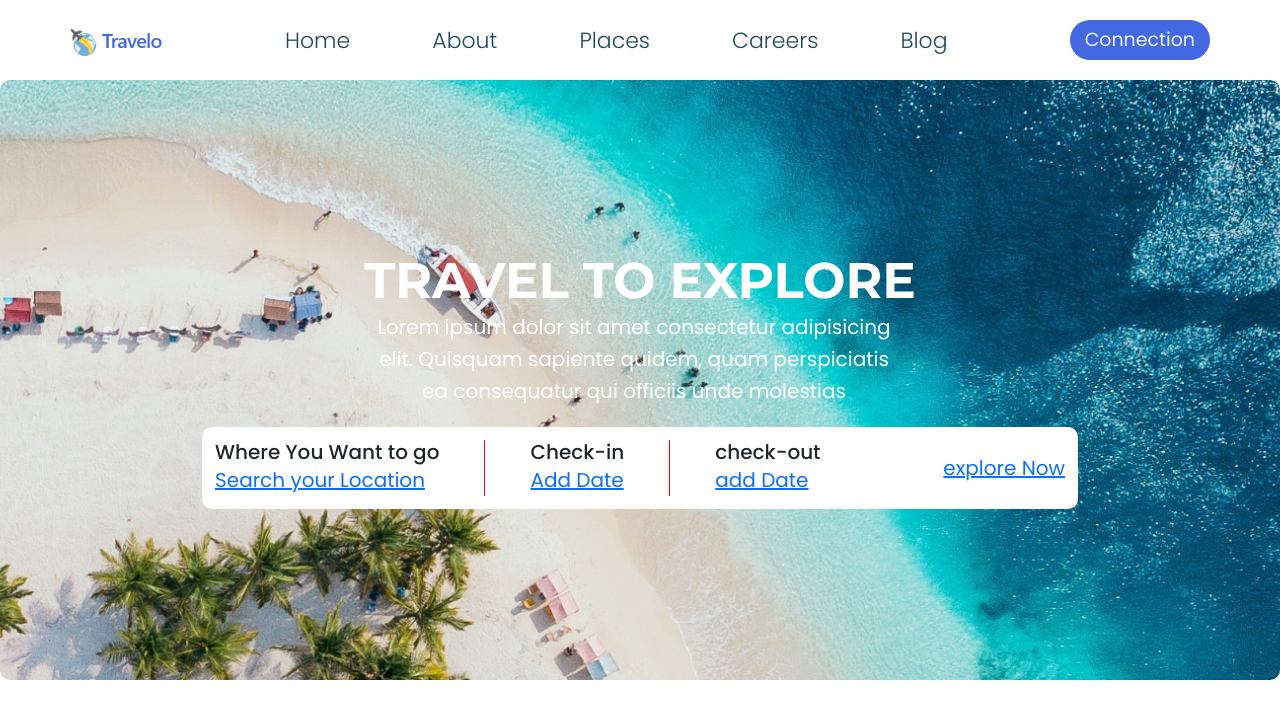
Repository: kuluong2000/travel
Page: index.html
These files come from the project's save history. The page is drawn as it stood at one moment and after the next save; the edit follows.
The browser window is 1280 px wide. The pictures show the whole page.
The style sheet was rebuilt from its Sass, Less or Tailwind sources for each picture, by a compiler version that may differ from the author's.

Above is the page before, as saved 2021-09-03 23:36:31.

### index.html
<!DOCTYPE html>
<html lang="en">
  <head>
    <meta charset="UTF-8" />
    <meta http-equiv="X-UA-Compatible" content="IE=edge" />
    <meta name="viewport" content="width=device-width, initial-scale=1.0" />
    <link rel="stylesheet" href="./libs/css/bootstrap.min.css" />
    <link rel="stylesheet" href="./libs/css/animate.css" />
    <link rel="stylesheet" href="./libs/css/slick-theme.css" />
    <link rel="stylesheet" href="./libs/css/slick.css" />
    <link rel="stylesheet" href="./assets/css/reset.css" />
    <link rel="stylesheet" href="./assets/css/style.css" />
    <link rel="stylesheet" href="./assets/css/responsive.css" />
    <title>Document</title>
  </head>
  <body>
    <header class="header">
      <div class="container">
        <div class="row">
          <div class="header__main">
            <div class="header__logo">
              <a href="/">
                <img src="./assets/image/logo.png" alt="" srcset="" />
              </a>
            </div>
            <div class="sub-menu">
              <div class="line1"></div>
              <div class="line2"></div>
              <div class="line3"></div>
            </div>
            <nav>
              <ul class="header__menu">
                <li class="header__menu__item">
                  <a class="header__mennu__item__link" href="/">Home</a>
                </li>
                <li class="header__menu__item">
                  <a class="header__mennu__item__link" href="/">About</a>
                </li>
                <li class="header__menu__item">
                  <a class="header__mennu__item__link" href="/">Places</a>
                </li>
                <li class="header__menu__item">
                  <a class="header__mennu__item__link" href="/">Careers</a>
                </li>
                <li class="header__menu__item">
                  <a class="header__mennu__item__link" href="/">Blog</a>
                </li>
              </ul>
            </nav>
            <a href="#" class="header__conn"> Connection </a>
          </div>
        </div>
      </div>
    </header>
    <main>
      <section class="banner">
        <div class="container">
          <div class="row">
            <div class="banner__main">
              <div class="banner__main__top">
                <h1 class="banner__main__title">Travel To explore</h1>
                <p class="banner__main__desc">
                  Lorem ipsum dolor sit amet consectetur adipisicing elit.
                  Quisquam sapiente quidem, quam perspiciatis ea consequatur qui
                  officiis unde molestias
                </p>
              </div>
              <div class="banner__main__bottom">
                <div class="banner__main_list">
                  <div class="banner__main__item">
                    <h4 class="banner__main__item__caption">
                      Where You Want to go
                    </h4>
                    <a href="/" class="banner__main__item__desc"
                      >Search your Location</a
                    >
                  </div>
                  <div class="banner__main__item">
                    <h4 class="banner__main__item__caption">Check-in</h4>
                    <a href="/" class="banner__main__item__desc">Add Date</a>
                  </div>
                  <div class="banner__main__item">
                    <h4 class="banner__main__item__caption">check-out</h4>
                    <a href="/" class="banner__main__item__desc">add Date</a>
                  </div>
                </div>
                <a href="/" class="banner__btn"> explore Now</a>
              </div>
            </div>
          </div>
        </div>
      </section>
    </main>

    <script src="./libs/Js/jquery-3.5.1.slim.min.js"></script>
    <script src="./libs/Js/bootstrap.min.js"></script>
    <script src="./libs/Js/slick.min.js"></script>
    <script src="./libs/Js/wow.js"></script>
    <script src="./assets/Js/main.js"></script>
  </body>
</html>

### assets/css/reset.css
html, body, div, span, applet, object, iframe,
h1, h2, h3, h4, h5, h6, p, blockquote, pre,
a, abbr, acronym, address, big, cite, code,
del, dfn, em, img, ins, kbd, q, s, samp,
small, strike, strong, sub, sup, tt, var,
b, u, i, center,
dl, dt, dd, ol, ul, li,
fieldset, form, label, legend,
table, caption, tbody, tfoot, thead, tr, th, td,
article, aside, canvas, details, embed,
figure, figcaption, footer, header, hgroup,
menu, nav, output, ruby, section, summary,
time, mark, audio, video {
	margin: 0;
	padding: 0;
	border: 0;
	font-size: 100%;
	vertical-align: baseline;
}
/* HTML5 display-role reset for older browsers */
article, aside, details, figcaption, figure,
footer, header, hgroup, menu, nav, section {
	display: block;
}
* {
	box-sizing: border-box;
}
body {
	line-height: 1;
  font-family: 'Muli', sans-serif;


  font-style: normal;
  font-weight: normal;
  font-size: 16px;
  line-height: 32px;
}
ol, ul {
	list-style: none;
}
blockquote, q {
	quotes: none;
}
blockquote:before, blockquote:after,
q:before, q:after {
	content: '';
	content: none;
}
table {
	border-collapse: collapse;
	border-spacing: 0;
}

img {
  max-width: 100%;
	vertical-align: bottom;
}
a {
	outline: none;
}

### assets/css/responsive.css

@media (min-width:1920px){
    .container{
        max-width: 1804px;
    }
}
@media (min-width:1400px) and (max-width:1919px){

}
@media (min-width:1200px) and (max-width:1399px){

}
@media (min-width:992px) and (max-width:1199px){
    .header__menu__item:not(:first-child) {
        margin-left: 65px;
    }
}
@media (min-width:768px) and (max-width:991px){
    .header__menu__item:not(:first-child) {
        margin-left: 25px;
    }
    .header__conn {

        font-size: 16px;
        padding: 3px 10px;
    }
}
@media  (max-width:767px){
    .container{
        max-width: 100%;

        margin:0 ;
    }

    .header__main {
        padding: 10px;
    }
    .header__menu {
        position: absolute;
        flex-direction: column;
        background: #1C4961;
        width: 100%;
        height: 100vh;
        left: 0;
        top: 50px;
        transition: 0.5s ;
        transform: translateX(-100%);
        justify-content: unset;
    }
    .header__menu.active{
        transform: translateX(0);
    }
    .header__mennu__item__link {
        color: white;;
    }
    .sub-menu{
        display: block;
        left: 60%;
        top: 50%;
        transform: translate(-50%,-50%);
    }
    .header__menu__item:not(:first-child) {
        margin-left: 0;
    }
    .header__menu__item{
        margin-top: 30px;
    }
    .header__conn {
        font-size: 14px;
        padding: 3px 10px;
    }
}

### assets/Js/main.js
const sub_menu = document.querySelector('.sub-menu');
const menu = document.querySelector('.header__menu');
sub_menu.addEventListener('click', ()=>{
    sub_menu.classList.toggle('active');;
    menu.classList.toggle('active');
})

### assets/sass/style.scss
@import "global";
@import "variable";
@import "header";
@import "banner";

### assets/sass/_global.scss
@import url('https://fonts.googleapis.com/css2?family=Montserrat:wght@300;400;500;600;700;800;900&family=Poppins:wght@300;400;500;600;700;800;900&display=swap');
*{
    padding: 0;
    margin: 0;
    box-sizing: border-box;
}
body{
    font-family: 'Poppins', sans-serif;
    line-height: 1.6;
    font-size: 20px;

}

### assets/sass/_variable.scss
$color-white:#FFFFFF;
$color-dark-blue:#1C4961;
$color-blue:#4468E2;
$color-light-blue:#E1E8F8;
$color-black:#000000;
$color-text:#163235;
$color-gray:#848484

### assets/sass/_header.scss
.header{
    position: relative;
    &__main{
        display:flex;
        justify-content: space-between;
        align-items: center;
        padding:20px 0

    }
    &__logo{
        display: inline-block;

    }
    &__menu{
        display:flex;
        justify-content: space-between;
        align-items: center;

    }
    &__menu__item:not(:first-child){
        margin-left: 82px;
    }
    &__mennu__item__link{
        text-decoration: none;
        color: $color-dark-blue;
        font-size: 22px;
        position: relative;
        font-weight: 300;
        transition: 0.5s;
        &::after{
            content: '';
            position: absolute;
            width: 100%;
            height: 2px;
            background-color: $color-blue;
            left: 0;
            bottom: 0;
            transition: 0.5s;
            transform: scale(0);
        }
        &:hover{
            color: $color-dark-blue;
            font-weight: 400;
        }
        &:hover::after{
            transform: scale(1);
        }
    }
    &__conn{
        text-decoration: none;
        background-color: $color-blue;
        color:rgba($color-white, $alpha: 0.9) ;
        font-size: 19px;
        border-radius: 25px;
        padding:5px 15px;
        transition: 0.5s;

        &:hover{
             color:rgba($color-white, $alpha: 1) ;
            background-color: $color-dark-blue;
        }
    }
}
.sub-menu{
    position: absolute;
    display: none;
}
.sub-menu div {
    cursor: pointer;
    width: 25px;
    height: 3px;
    background-color: $color-dark-blue;
    margin: 5px;
    transition: transform 0.5s linear;
}
.active .line1{
    transform:  rotate(-45deg) translate(-5px,6px);
}
.active .line2{
    opacity: 0;
}
.active .line3{
    transform: rotate(45deg) translate(-5px, -6px);
}

### assets/sass/_banner.scss
.banner{
    background: url(../image/banner.jpg) no-repeat center /  cover;
    min-height: 600px;
    border-radius: 10px;
    position: relative;

  &__main{
      position:absolute;
      width:max-content;
      top: 50%;
      left: 50%;
      transform: translate(-50%,-50%);
}
  &__main__top{

    text-align: center;

}
  &__main__title{
    font-size: 50px;
    font-family: 'Montserrat',sans-serif;
    font-weight: bold;
    text-transform: uppercase;
    color: white;
}
  &__main__desc{
    color:$color-white;
    width: 540px;
    transform: translateX(30%);
    margin-bottom: 20px;
}
  &__main__bottom{
    background-color: white;
    display: flex;
    width: 876px;
    justify-content: space-between;
    align-items: center;
    padding: 13px;
    border-radius: 10px;

}
  &__main_list{
    display: flex;
    justify-content: space-between;
    align-items: center;

}
  &__main__item:not(:last-child){
      margin-right: 45px;
      padding-right: 45px;
      border-right: 1px solid red;

}
  &__main__item__caption{

}
  &__main__item__desc{

}
  &__btn{

}

}

Loaded but not shown: libs/css/bootstrap.min.css (library); libs/css/animate.css (library); libs/css/slick-theme.css (library); libs/css/slick.css (common file); libs/Js/jquery-3.5.1.slim.min.js (library); libs/Js/bootstrap.min.js (library); libs/Js/slick.min.js (library); libs/Js/wow.js (library)

After the next save:
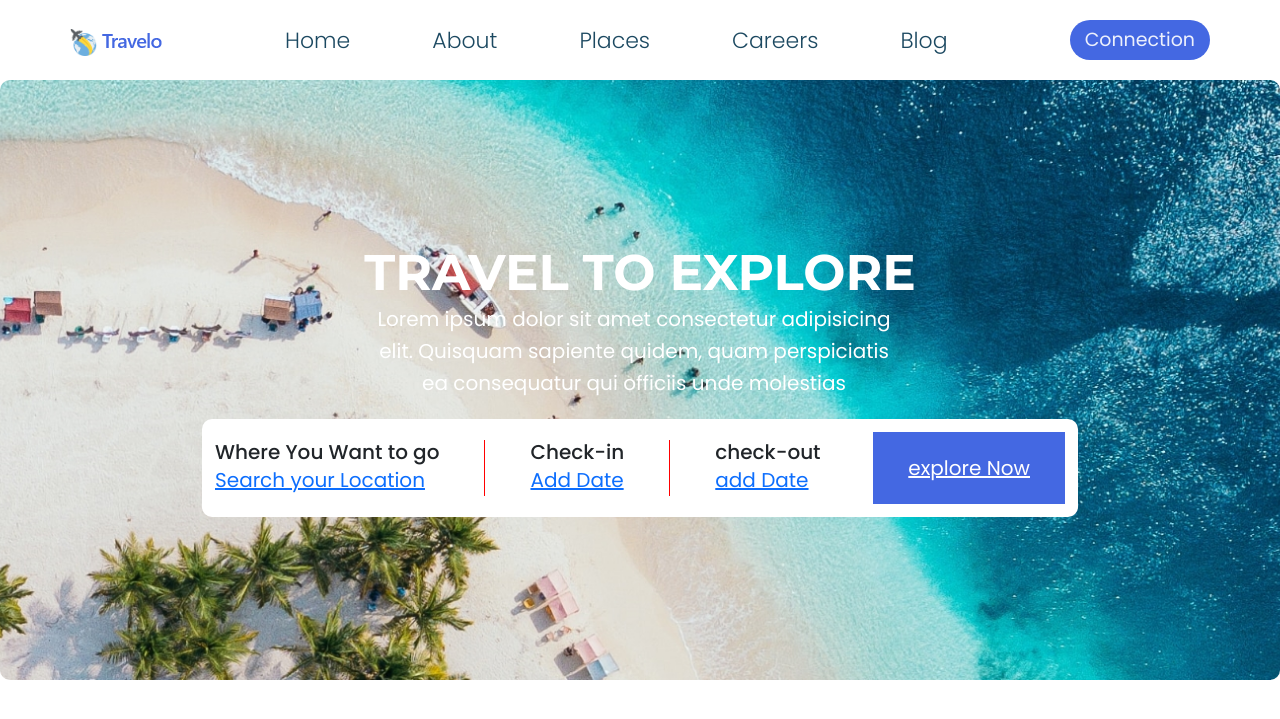
Saved 47 s later.
--- a/assets/sass/_banner.scss
+++ b/assets/sass/_banner.scss
@@ -58,7 +58,9 @@
 
 }
   &__btn{
-
+    padding: 20px 35px;
+    color: $color-white;
+    background-color: $color-blue;
 }
 
 }
